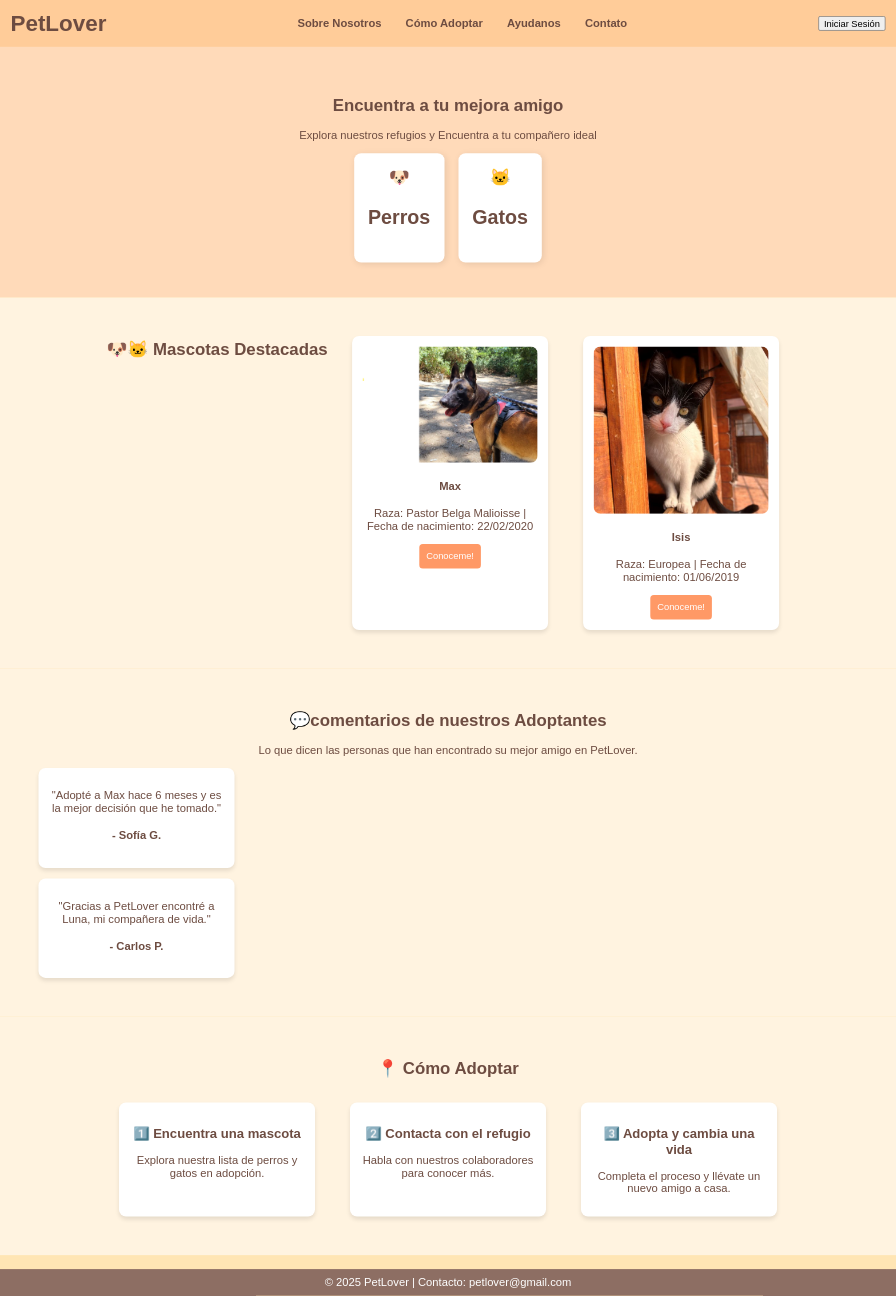
Repository: adriarodrisan/PetLover
Page: Paginas_web/Home_Petlover.html
An editor plug-in stored every save of this project. The page is shown before and after the next save, followed by the edit.
The browser window is 1280 px wide. The pictures show the whole page, at 70% of full size.

Above is the page before, as saved 2025-02-17 18:06:08.

### Paginas_web/Home_Petlover.html
<!DOCTYPE html>
<html lang="es">
<head>
    <meta charset="UTF-8">
    <meta name="viewport" content="width=device-width, initial-scale=1.0">
    <title>PetLover home - Adopción de Mascotas </title>
    <link rel="stylesheet" href="/Css_Paginas/Home_Petlover.css">
</head>
<body>
    <header>
        <div class="logo-contenedor">
            <h1> PetLover</h1>
        </div>
<!-- 🎥 Nuestros apartados de informacion, enlaces y boton de inicio de sesión -->
        <nav>
            <a href="#AboutUs">Sobre Nosotros</a>
            <a href="#Adopcion">Cómo Adoptar</a>
            <a href="#Ayudas">Ayudanos</a>
            <a href="#Contactos">Contato</a>
        </nav>
        <button class="boton-autenticacion"> Iniciar Sesión </button>
    </header>
 <!-- 🎥 Separacion entre gato y perro  -->
    <section class= "seccion-principal">
        <h2>Encuentra a tu mejora amigo</h2>
        <p>Explora nuestros refugios y Encuentra a tu compañero ideal</p>
        <div class="contenedor-categorias">
           <a href="perros.html" class="tarjeta-categoria">🐶 <h3>Perros</h3></a>
            <a href="gatos.html" class="tarjeta-categoria">🐱 <h3>Gatos</h3></a>
        </div>
    </section>
<!-- 🐾 Sección de Perros y Gatos Destacados con grandes necesidades! -->
<!-- 🐾 Sección de Perros -->
    <section class="seccion-destacados">
        <h2>🐶🐱 Mascotas Destacadas</h2>
        <div class="contenedor-destacados">
            <div class="tarjeta-mascota">
                <img src="/Imagenes_Animales/boki.png" alt="Perro en Adopción">
                <h4>Max</h4>
                <p>Raza: Pastor Belga Malioisse | Fecha de nacimiento: 22/02/2020</p>
                <button> Conoceme! </button>
            </div>
<!-- 🐾 Sección de Gatos -->
            <div class="tarjeta-mascota">
                <img src="/Imagenes_Animales/isis.png" alt="Gato en adopción">
                <h4>Isis</h4>
                <p> Raza: Europea | Fecha de nacimiento: 01/06/2019</p>
                <button>Conoceme! </button>
            </div>
        </div>
    </section>
<!-- 🐾 Sección de comentarios de Adoptantes (en preparación) -->
 <section class=" seccion-testimonios">
    <h2>💬comentarios de nuestros Adoptantes </h2>
    <p>Lo que dicen las personas que han encontrado su mejor amigo en PetLover.</p>
        <div class="tarjeta-testimonio">
            <p>"Adopté a Max hace 6 meses y es la mejor decisión que he tomado."</p>
            <h4>- Sofía G.</h4>
        </div>
        <div class="tarjeta-testimonio">
            <p>"Gracias a PetLover encontré a Luna, mi compañera de vida."</p>
            <h4>- Carlos P.</h4>
        </div>
    </section>
        <!-- 📍 Cómo Adoptar -->
        <section class="seccion-adopcion">
            <h2>📍 Cómo Adoptar</h2>
            <div class="contenedor-pasos">
                <div class="paso">
                    <h3>1️⃣ Encuentra una mascota</h3>
                    <p>Explora nuestra lista de perros y gatos en adopción.</p>
                </div>
                <div class="paso">
                    <h3>2️⃣ Contacta con el refugio</h3>
                    <p>Habla con nuestros colaboradores para conocer más.</p>
                </div>
                <div class="paso">
                    <h3>3️⃣ Adopta y cambia una vida</h3>
                    <p>Completa el proceso y llévate un nuevo amigo a casa.</p>
                </div>
            </div>
        </section>
        <footer class="pie-pagina">
            © 2025 PetLover | Contacto: petlover@gmail.com
        </footer>
</body>
</html>

### Css_Paginas/Home_Petlover.css
body{
    font-family: 'Arial', sans-serif;
    background-color: #ffe5b4;
    color: #6d4c41;
    margin: 0;
    text-align: center;
}
header{
    background-color: #FFCC99;
    padding: 15px;
    display: flex;
    justify-content: space-between;
    align-items: center;
}
.logo-contenedor h1{
    margin: 0;
}
nav a{
    text-decoration: none;
    color: #6d4c41;
    font-weight: bold;
    margin:0 15px;
}
.boton_autenticacion{
    background-color: #FF9966;
    border:none ;
    color: white;
    padding: 10px 15px;
    border-radius: 5px;
    cursor: pointer;
}
.boton_autenticacion:hover{
    background-color: #FF7043;
}
.seccion-principal{
    background-color: #ffdab9;
    padding: 50px 20px;
}

.contenedor-categorias{
    display: flex;
    justify-content: center;
    gap: 20px;

}
.tarjeta-categoria{
    text-decoration: none;
    background: white;
    padding: 20px;
    border-radius: 10px;
    color: #6d4c41;
    font-size: 1.5rem;
    box-shadow: 2px 2px 10px rgba(0, 0, 0, 0.1);
    transition: transform 0.2s ease-in-out;
}
.tarjeta-categoria:hover{
    transform: scale(1.1);
}
.seccion-destacados, .seccion-testimonios, .seccion-adopcion {
    padding: 40px;
    background-color: #FFF3E0;
}
.seccion-destacados, .contenedor-pasos{
    display: flex;
    justify-content: center;
    gap: 20px;
    flex-wrap: wrap;

}
.tarjeta-mascota, .tarjeta-testimonio, .paso{
    background-color: white;
    border-radius: 10px;
    padding: 15px;
    margin :15px;
    box-shadow: 0px 4px 6px rgba(0, 0, 0, 0.1);
    text-align: center;
    width: 250px;
}
.tarjeta-mascota img{
    width: 100%;
    border-radius: 10px;
}
.tarjeta-mascota button{
    background-color: #FF9966;
    border: none;
    color: white;
    padding:10px;
    border-radius: 5px;
    cursor:pointer;
}
.tarjeta-mascota button:hover {
    background-color: #FF7043;
}
.pie-pagina {
    background-color: #8D6E63;
    color: white;
    padding: 10px;
    margin-top: 20px;
}
.contenedor-destacados {
    display: flex;
    justify-content: center;
    gap: 20px;
    flex-wrap: wrap;
}

After the next save:
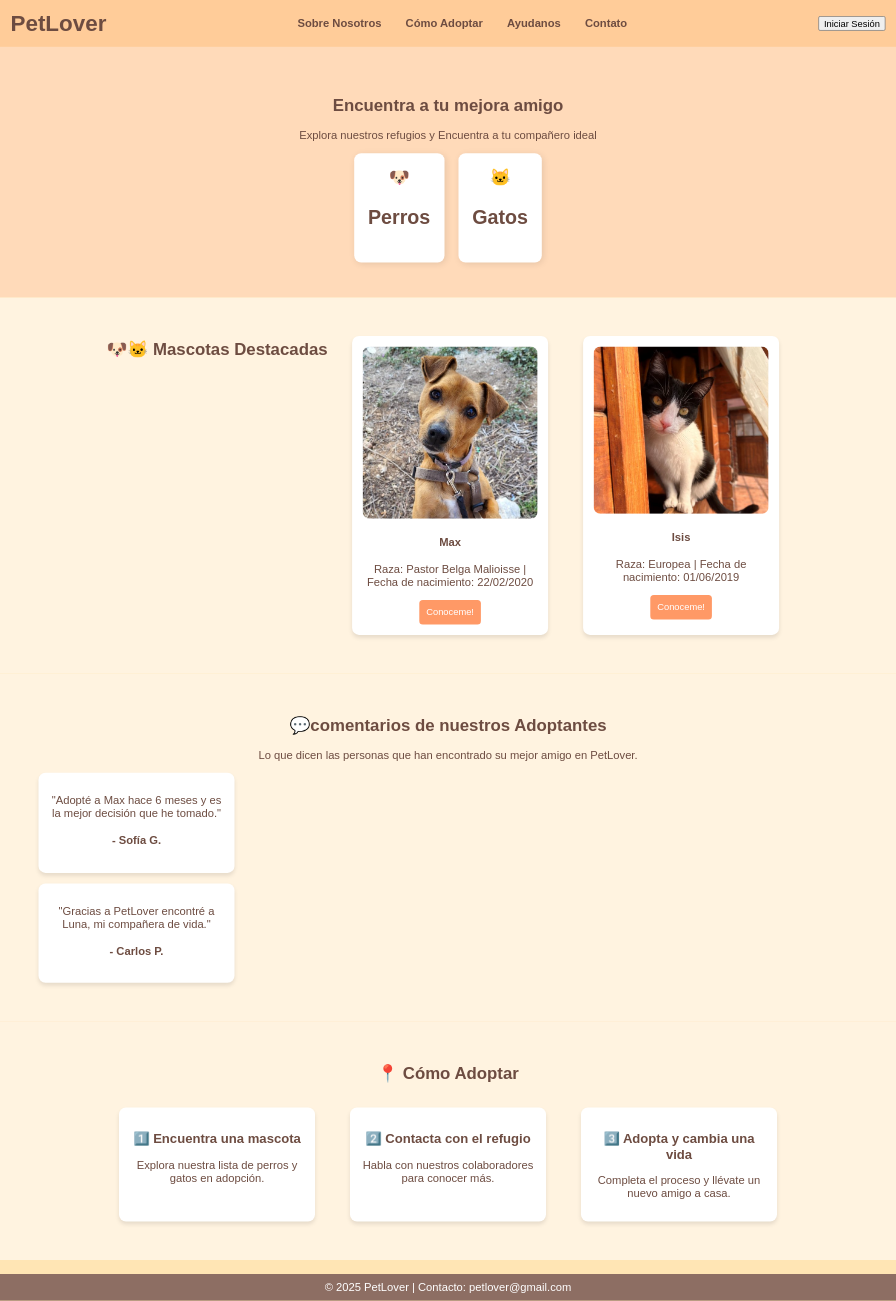
Saved 48 s later.
--- a/Paginas_web/Home_Petlover.html
+++ b/Paginas_web/Home_Petlover.html
@@ -35,7 +35,7 @@
         <h2>🐶🐱 Mascotas Destacadas</h2>
         <div class="contenedor-destacados">
             <div class="tarjeta-mascota">
-                <img src="/Imagenes_Animales/boki.png" alt="Perro en Adopción">
+                <img src="/Imagenes_Animales/nerea.png" alt="Perro en Adopción">
                 <h4>Max</h4>
                 <p>Raza: Pastor Belga Malioisse | Fecha de nacimiento: 22/02/2020</p>
                 <button> Conoceme! </button>
